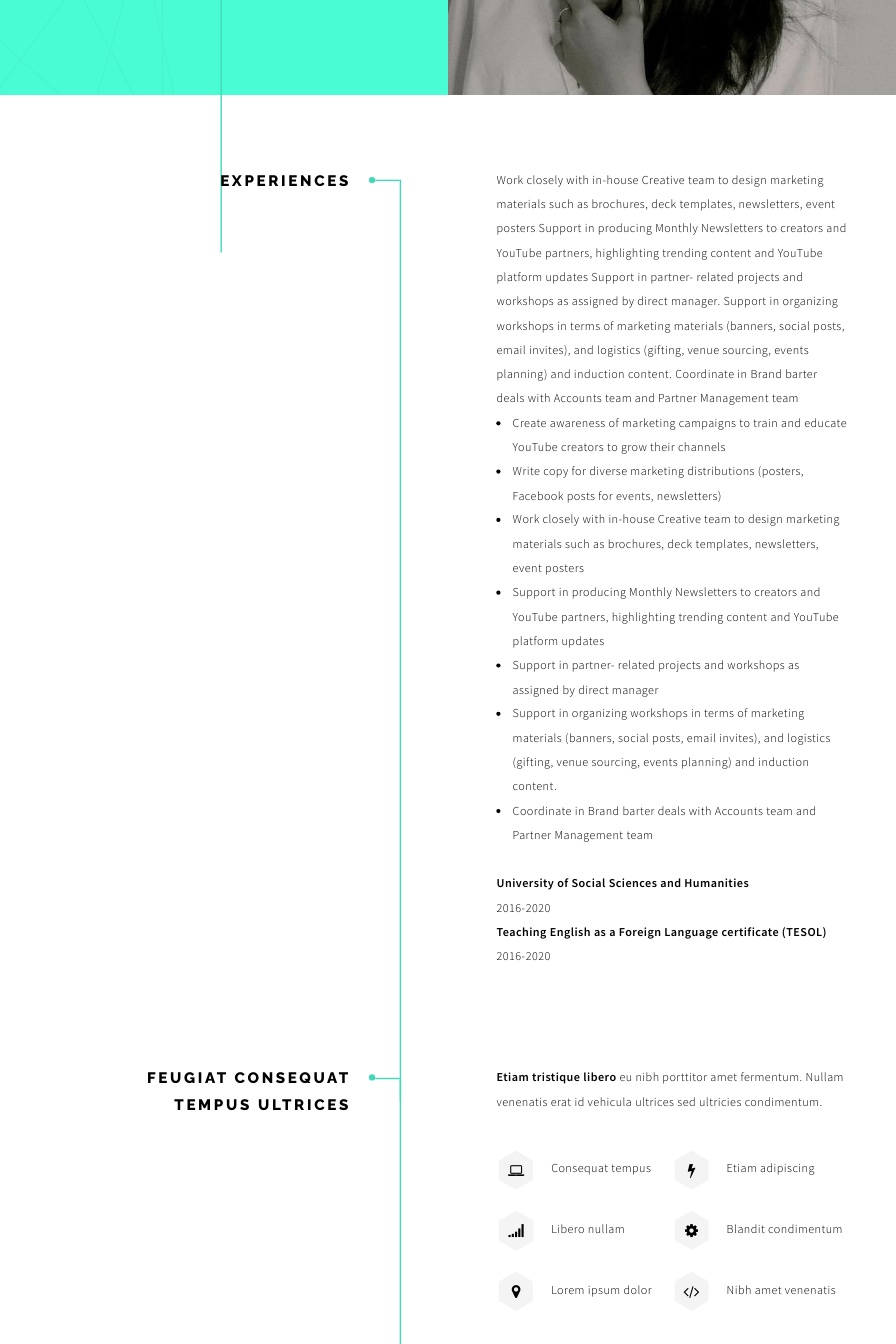
Repository: leonardin999/linh-porfolios
Page: index.html
An editor plug-in stored every save of this project. The page is shown before and after the next save, followed by the edit.
The browser window is 1280 px wide. The pictures show the part of the page from y = 584 to 2504 px (the page is 7046 px tall before and 6700 px after), at 70% of full size.

Above is the page before, as saved 2023-01-22 21:37:59.

### index.html
<!DOCTYPE html>
<!--
	Paradigm Shift by HTML5 UP
	html5up.net | @ajlkn
	Free for personal and commercial use under the CCA 3.0 license (html5up.net/license)
-->
<html>
  <head>
    <title>Linh's Porfolio</title>
    <meta charset="utf-8" />
    <meta
      name="viewport"
      content="width=device-width, initial-scale=1, user-scalable=no"
    />
    <meta name="description" content="" />
    <meta name="keywords" content="" />
    <link rel="stylesheet" href="assets/css/main.css" />
  </head>
  <body class="is-preload">
    <!-- Wrapper -->
    <div id="wrapper">
      <!-- Intro -->
      <section class="intro">
        <header>
          <h1>PARTNERSHIP MARKETING EXECUTIVE</h1>
          <p>
            I believe in "edutainment" which can help everyone absorb knowledge
            easily. I am interested in both education and entertainment and
            combine them in my projects.
          </p>
          <ul class="actions">
            <li>
              <a href="#first" class="arrow scrolly"
                ><span class="label">Next</span></a
              >
            </li>
          </ul>
        </header>
        <div class="content">
          <span class="image fill" data-position="center"
            ><img src="images/pic01.jpg" alt=""
          /></span>
        </div>
      </section>

      <!-- Section -->
      <section id="first">
        <header>
          <h2>Experiences</h2>
        </header>
        <div class="content">
Work closely with in-house Creative team to design marketing materials such as brochures, deck templates, newsletters, event posters
Support in producing Monthly Newsletters to creators and YouTube partners, highlighting trending content and YouTube platform updates
Support in partner- related projects and workshops as assigned by direct manager.
Support in organizing workshops in terms of marketing materials (banners, social posts, email invites), and logistics (gifting, venue sourcing, events planning) and induction content.
Coordinate in Brand barter deals with Accounts team and Partner Management team

            <ul class="">
              <li class="">Create awareness of marketing campaigns to train and educate YouTube creators to grow their channels</li>
              <li class="">Write copy for diverse marketing distributions (posters, Facebook posts for events, newsletters)</li>
              <li class="">Work closely with in-house Creative team to design marketing materials such as brochures, deck templates, newsletters, event posters</li>
              <li class="">Support in producing Monthly Newsletters to creators and YouTube partners, highlighting trending content and YouTube platform updates</li>
              <li class="">Support in partner- related projects and workshops as assigned by direct manager</li>
              <li class="">Support in organizing workshops in terms of marketing materials (banners, social posts, email invites), and logistics (gifting, venue sourcing, events planning) and induction content.</li>
              <li class="">Coordinate in Brand barter deals with Accounts team and Partner Management team</li>
            </ul>
            <strong>University of Social Sciences and Humanities</strong>
            <br>2016-2020</br>
            <strong>Teaching English as a Foreign Language certificate (TESOL)</strong>
            <br>2016-2020</br>
          </p>
        </div>
      </section>

      <!-- Section -->
      <section>
        <header>
          <h2>Feugiat consequat tempus ultrices</h2>
        </header>
        <div class="content">
          <p>
            <strong>Etiam tristique libero</strong> eu nibh porttitor amet
            fermentum. Nullam venenatis erat id vehicula ultrices sed ultricies
            condimentum.
          </p>
          <ul class="feature-icons">
            <li class="icon fa-laptop">Consequat tempus</li>
            <li class="icon fa-bolt">Etiam adipiscing</li>
            <li class="icon fa-signal">Libero nullam</li>
            <li class="icon fa-gear">Blandit condimentum</li>
            <li class="icon fa-map-marker">Lorem ipsum dolor</li>
            <li class="icon fa-code">Nibh amet venenatis</li>
          </ul>
          <p>
            Vehicula ultrices sed ultricies condimentum. Magna sed etiam
            consequat, et lorem adipiscing sed nulla. Volutpat nisl et tempus et
            dolor libero, feugiat magna tempus, sed et lorem adipiscing.
          </p>
        </div>
      </section>

      <!-- Section -->
      <section>
        <header>
          <h2>Ultrices erat magna sed condimentum</h2>
        </header>
        <div class="content">
          <p>
            <strong>Integer mollis egestas</strong> nam maximus erat id euismod
            egestas. Pellentesque sapien ac quam. Lorem ipsum dolor sit nullam.
          </p>

          <!-- Section -->
          <section>
            <header>
              <h3>Erat aliquam</h3>
              <p>
                Vehicula ultrices dolor amet ultricies et condimentum. Magna sed
                etiam consequat, et lorem adipiscing sed dolor sit amet,
                consectetur amet do eiusmod tempor incididunt ipsum suspendisse
                ultrices gravida.
              </p>
            </header>
            <div class="content">
              <div class="gallery">
                <a href="images/gallery/fulls/01.jpg" class="landscape"
                  ><img src="images/gallery/thumbs/01.jpg" alt=""
                /></a>
                <a href="images/gallery/fulls/02.jpg"
                  ><img src="images/gallery/thumbs/02.jpg" alt=""
                /></a>
                <a href="images/gallery/fulls/03.jpg"
                  ><img src="images/gallery/thumbs/03.jpg" alt=""
                /></a>
                <a href="images/gallery/fulls/04.jpg" class="landscape"
                  ><img src="images/gallery/thumbs/04.jpg" alt=""
                /></a>
              </div>
            </div>
          </section>

          <!-- Section -->
          <section>
            <header>
              <h3>Nisl consequat</h3>
              <p>
                Aenean ornare velit lacus, ac varius enim ullamcorper eu. Proin
                aliquam sed facilisis ante interdum congue. Integer mollis, nisl
                amet convallis, porttitor magna ullamcorper, amet mauris. Ut
                magna finibus nisi nec lacinia ipsum maximus.
              </p>
            </header>
            <div class="content">
              <div class="gallery">
                <a href="images/gallery/fulls/05.jpg" class="landscape"
                  ><img src="images/gallery/thumbs/05.jpg" alt=""
                /></a>
                <a href="images/gallery/fulls/06.jpg"
                  ><img src="images/gallery/thumbs/06.jpg" alt=""
                /></a>
                <a href="images/gallery/fulls/07.jpg"
                  ><img src="images/gallery/thumbs/07.jpg" alt=""
                /></a>
              </div>
            </div>
          </section>

          <!-- Section -->
          <section>
            <header>
              <h3>Lorem gravida</h3>
              <p>
                Proin aliquam facilisis ante interdum. Sed nulla amet lorem
                feugiat tempus aenean ornare velit lacus, ac varius sed enim
                lorem ullamcorper dolore. ac varius enim lorem ullamcorper
                dolore. Proin aliquam facilisis.
              </p>
            </header>
            <div class="content">
              <div class="gallery">
                <a href="images/gallery/fulls/08.jpg" class="portrait"
                  ><img src="images/gallery/thumbs/08.jpg" alt=""
                /></a>
                <a href="images/gallery/fulls/09.jpg" class="portrait"
                  ><img src="images/gallery/thumbs/09.jpg" alt=""
                /></a>
                <a href="images/gallery/fulls/10.jpg" class="landscape"
                  ><img src="images/gallery/thumbs/10.jpg" alt=""
                /></a>
              </div>
            </div>
          </section>
        </div>
      </section>

      <!-- Section -->
      <section>
        <header>
          <h2>Duis sed adpiscing veroeros amet</h2>
        </header>
        <div class="content">
          <p>
            <strong>Proin tempus feugiat</strong> sed varius enim lorem
            ullamcorper dolore aliquam aenean ornare velit lacus, ac varius enim
            lorem ullamcorper dolore.
          </p>
          <ul class="actions">
            <li><a href="#" class="button primary large">Get Started</a></li>
            <li><a href="#" class="button large">Learn More</a></li>
          </ul>
        </div>
      </section>

      <!-- Elements -->
      <!--
					<section>
						<header>
							<h2>Elements</h2>
						</header>
						<div class="content">

							<section>
								<header>
									<h3>Text</h3>
								</header>
								<div class="content">
									<p>This is <b>bold</b> and this is <strong>strong</strong>. This is <i>italic</i> and this is <em>emphasized</em>.
									This is <sup>superscript</sup> text and this is <sub>subscript</sub> text.
									This is <u>underlined</u> and this is code: <code>for (;;) { ... }</code>. Finally, <a href="#">this is a link</a>.</p>
									<hr />
									<h2>Heading Level 2</h2>
									<h3>Heading Level 3</h3>
									<h4>Heading Level 4</h4>
									<h5>Heading Level 5</h5>
									<hr />
									<h5>Blockquote</h5>
									<blockquote>Fringilla nisl. Donec accumsan interdum nisi, quis tincidunt felis sagittis eget tempus euismod. Vestibulum ante ipsum primis in faucibus vestibulum. Blandit adipiscing eu felis iaculis volutpat ac adipiscing accumsan faucibus. Vestibulum ante ipsum primis in faucibus lorem ipsum dolor sit amet nullam adipiscing eu felis.</blockquote>
									<h5>Preformatted</h5>
									<pre><code>i = 0;

while (!deck.isInOrder()) {
  print 'Iteration ' + i;
  deck.shuffle();
  i++;
}

print 'Sorted in ' + i + ' iterations.';</code></pre>
								</div>
							</section>

							<section>
								<header>
									<h3>Lists</h3>
								</header>
								<div class="content">

									<h4>Unordered</h4>
									<ul>
										<li>Dolor pulvinar etiam.</li>
										<li>Sagittis adipiscing.</li>
										<li>Felis enim feugiat.</li>
									</ul>

									<h4>Alternate</h4>
									<ul class="alt">
										<li>Dolor pulvinar etiam.</li>
										<li>Sagittis adipiscing.</li>
										<li>Felis enim feugiat.</li>
									</ul>

									<h4>Ordered</h4>
									<ol>
										<li>Dolor pulvinar etiam.</li>
										<li>Etiam vel felis viverra.</li>
										<li>Felis enim feugiat.</li>
										<li>Dolor pulvinar etiam.</li>
										<li>Etiam vel felis lorem.</li>
										<li>Felis enim et feugiat.</li>
									</ol>
									<h4>Icons</h4>
									<ul class="icons">
										<li><a href="#" class="icon fa-twitter"><span class="label">Twitter</span></a></li>
										<li><a href="#" class="icon fa-facebook"><span class="label">Facebook</span></a></li>
										<li><a href="#" class="icon fa-instagram"><span class="label">Instagram</span></a></li>
										<li><a href="#" class="icon fa-github"><span class="label">Github</span></a></li>
									</ul>

									<h4>Actions</h4>
									<ul class="actions">
										<li><a href="#" class="button primary">Default</a></li>
										<li><a href="#" class="button">Default</a></li>
									</ul>
									<ul class="actions stacked">
										<li><a href="#" class="button primary">Default</a></li>
										<li><a href="#" class="button">Default</a></li>
									</ul>
								</div>
							</section>

							<section>
								<header>
									<h3>Table</h3>
								</header>
								<div class="content">
									<h4>Default</h4>
									<div class="table-wrapper">
										<table>
											<thead>
												<tr>
													<th>Name</th>
													<th>Description</th>
													<th>Price</th>
												</tr>
											</thead>
											<tbody>
												<tr>
													<td>Item One</td>
													<td>Ante turpis integer aliquet porttitor.</td>
													<td>29.99</td>
												</tr>
												<tr>
													<td>Item Two</td>
													<td>Vis ac commodo adipiscing arcu aliquet.</td>
													<td>19.99</td>
												</tr>
												<tr>
													<td>Item Three</td>
													<td> Morbi faucibus arcu accumsan lorem.</td>
													<td>29.99</td>
												</tr>
												<tr>
													<td>Item Four</td>
													<td>Vitae integer tempus condimentum.</td>
													<td>19.99</td>
												</tr>
												<tr>
													<td>Item Five</td>
													<td>Ante turpis integer aliquet porttitor.</td>
													<td>29.99</td>
												</tr>
											</tbody>
											<tfoot>
												<tr>
													<td colspan="2"></td>
													<td>100.00</td>
												</tr>
											</tfoot>
										</table>
									</div>

									<h4>Alternate</h4>
									<div class="table-wrapper">
										<table class="alt">
											<thead>
												<tr>
													<th>Name</th>
													<th>Description</th>
													<th>Price</th>
												</tr>
											</thead>
											<tbody>
												<tr>
													<td>Item One</td>
													<td>Ante turpis integer aliquet porttitor.</td>
													<td>29.99</td>
												</tr>
												<tr>
													<td>Item Two</td>
													<td>Vis ac commodo adipiscing arcu aliquet.</td>
													<td>19.99</td>
												</tr>
												<tr>
													<td>Item Three</td>
													<td> Morbi faucibus arcu accumsan lorem.</td>
													<td>29.99</td>
												</tr>
												<tr>
													<td>Item Four</td>
													<td>Vitae integer tempus condimentum.</td>
													<td>19.99</td>
												</tr>
												<tr>
													<td>Item Five</td>
													<td>Ante turpis integer aliquet porttitor.</td>
													<td>29.99</td>
												</tr>
											</tbody>
											<tfoot>
												<tr>
													<td colspan="2"></td>
													<td>100.00</td>
												</tr>
											</tfoot>
										</table>
									</div>
								</div>
							</section>

							<section>
								<header>
									<h3>Buttons</h3>
								</header>
								<div class="content">
									<ul class="actions">
										<li><a href="#" class="button primary">Primary</a></li>
										<li><a href="#" class="button">Default</a></li>
									</ul>
									<ul class="actions">
										<li><a href="#" class="button large">Large</a></li>
										<li><a href="#" class="button">Default</a></li>
										<li><a href="#" class="button small">Small</a></li>
									</ul>
									<ul class="actions">
										<li><a href="#" class="button primary icon fa-download">Icon</a></li>
										<li><a href="#" class="button icon fa-download">Icon</a></li>
									</ul>
									<ul class="actions">
										<li><span class="button primary disabled">Disabled</span></li>
										<li><span class="button disabled">Disabled</span></li>
									</ul>
								</div>
							</section>

							<section>
								<header>
									<h3>Form</h3>
								</header>
								<div class="content">
									<form method="post" action="#">
										<div class="fields">
											<div class="field half">
												<label for="demo-name">Name</label>
												<input type="text" name="demo-name" id="demo-name" value="" placeholder="Jane Doe" />
											</div>
											<div class="field half">
												<label for="demo-email">Email</label>
												<input type="email" name="demo-email" id="demo-email" value="" placeholder="jane@untitled.tld" />
											</div>
											<div class="field">
												<label for="demo-category">Category</label>
												<select name="demo-category" id="demo-category">
													<option value="">-</option>
													<option value="1">Manufacturing</option>
													<option value="1">Shipping</option>
													<option value="1">Administration</option>
													<option value="1">Human Resources</option>
												</select>
											</div>
											<div class="field half">
												<input type="radio" id="demo-priority-low" name="demo-priority" checked>
												<label for="demo-priority-low">Low</label>
											</div>
											<div class="field half">
												<input type="radio" id="demo-priority-high" name="demo-priority">
												<label for="demo-priority-high">High</label>
											</div>
											<div class="field half">
												<input type="checkbox" id="demo-copy" name="demo-copy">
												<label for="demo-copy">Email me a copy</label>
											</div>
											<div class="field half">
												<input type="checkbox" id="demo-human" name="demo-human" checked>
												<label for="demo-human">Not a robot</label>
											</div>
											<div class="field">
												<label for="demo-message">Message</label>
												<textarea name="demo-message" id="demo-message" placeholder="Enter your message" rows="6"></textarea>
											</div>
										</div>
										<ul class="actions">
											<li><input type="submit" value="Send Message" class="primary" /></li>
											<li><input type="reset" value="Reset" /></li>
										</ul>
									</form>
								</div>
							</section>

						</div>
					</section>
				-->

      <!-- Section -->
      <section>
        <header>
          <h2>Get in touch</h2>
        </header>
        <div class="content">
          <p>
            <strong>Auctor commodo</strong> interdum et malesuada fames ac ante
            ipsum primis in faucibus. Pellentesque venenatis dolor imperdiet
            dolor mattis sagittis.
          </p>
          <form>
            <div class="fields">
              <div class="field half">
                <input type="text" name="name" id="name" placeholder="Name" />
              </div>
              <div class="field half">
                <input
                  type="email"
                  name="email"
                  id="email"
                  placeholder="Email"
                />
              </div>
              <div class="field">
                <textarea
                  name="message"
                  id="message"
                  placeholder="Message"
                  rows="7"
                ></textarea>
              </div>
            </div>
            <ul class="actions">
              <li>
                <input
                  type="submit"
                  value="Send Message"
                  class="button primary"
                />
              </li>
            </ul>
          </form>
        </div>
        <footer>
          <ul class="items">
            <li>
              <h3>Email</h3>
              <a href="#">information@untitled.ext</a>
            </li>
            <li>
              <h3>Phone</h3>
              <a href="#">(000) 000-0000</a>
            </li>
            <li>
              <h3>Address</h3>
              <span>1234 Somewhere Road, Nashville, TN 00000</span>
            </li>
            <li>
              <h3>Elsewhere</h3>
              <ul class="icons">
                <li>
                  <a href="#" class="icon fa-twitter"
                    ><span class="label">Twitter</span></a
                  >
                </li>
                <li>
                  <a href="#" class="icon fa-facebook"
                    ><span class="label">Facebook</span></a
                  >
                </li>
                <li>
                  <a href="#" class="icon fa-instagram"
                    ><span class="label">Instagram</span></a
                  >
                </li>
                <li>
                  <a href="#" class="icon fa-linkedin"
                    ><span class="label">LinkedIn</span></a
                  >
                </li>
                <li>
                  <a href="#" class="icon fa-github"
                    ><span class="label">GitHub</span></a
                  >
                </li>
                <li>
                  <a href="#" class="icon fa-codepen"
                    ><span class="label">Codepen</span></a
                  >
                </li>
              </ul>
            </li>
          </ul>
        </footer>
      </section>

      <!-- Copyright -->
      <div class="copyright">
        &copy; Untitled. All rights reserved. Design:
        <a href="https://html5up.net">HTML5 UP</a>. Distributed by
        <a href="https://themewagon.com/">ThemeWagon</a>
      </div>
    </div>

    <!-- Scripts -->
    <script src="assets/js/jquery.min.js"></script>
    <script src="assets/js/jquery.scrolly.min.js"></script>
    <script src="assets/js/browser.min.js"></script>
    <script src="assets/js/breakpoints.min.js"></script>
    <script src="assets/js/util.js"></script>
    <script src="assets/js/main.js"></script>
  </body>
</html>

Loaded but not shown: assets/css/font-awesome.min.css (library); assets/js/jquery.min.js (library); assets/js/jquery.scrolly.min.js (common file); assets/js/browser.min.js (common file); assets/js/breakpoints.min.js (common file); assets/js/util.js (587 lines, source omitted); assets/js/main.js (208 lines, source omitted); assets/css/main.css (3922 lines, source omitted)

After the next save:
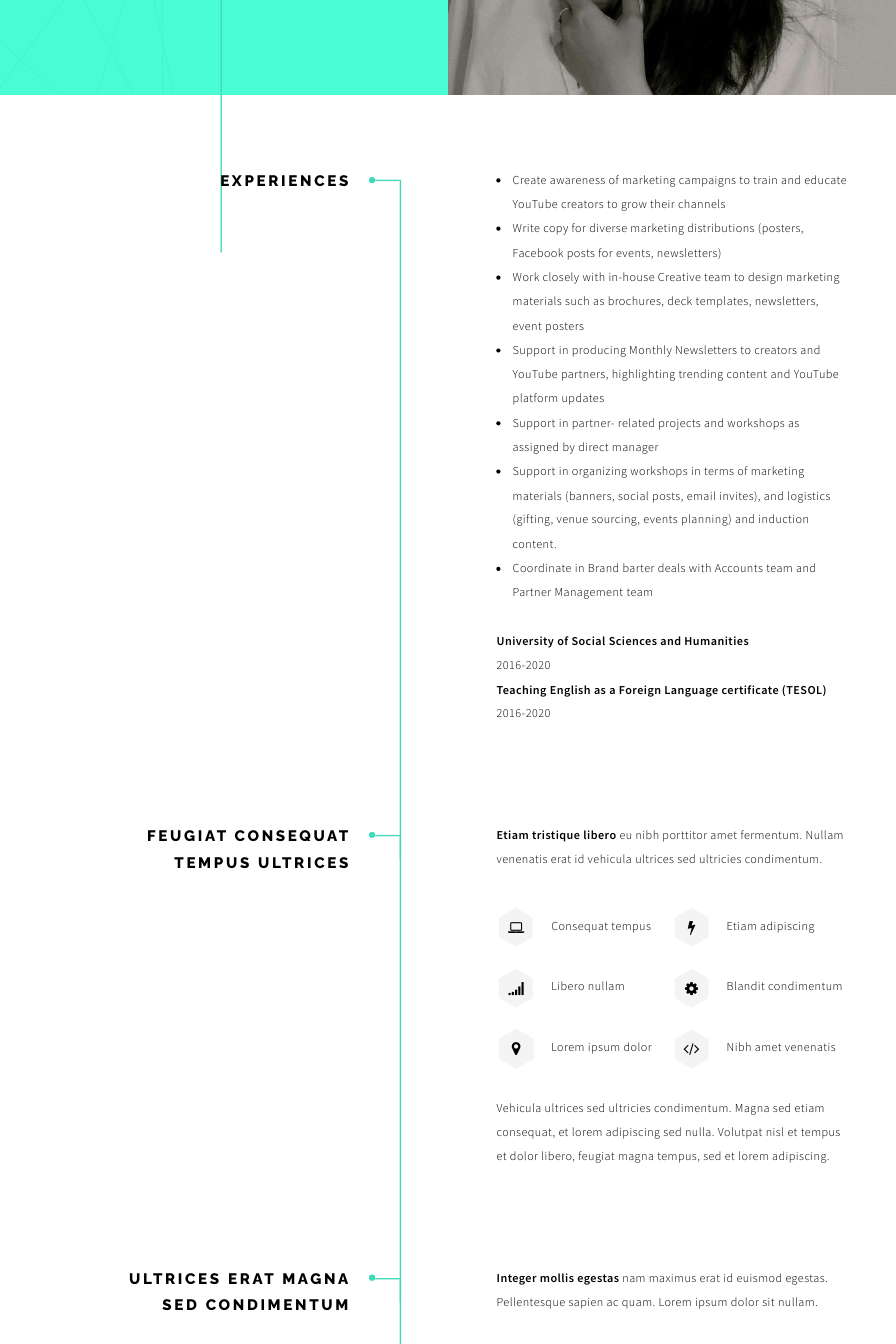
Saved 13 s later.
--- a/index.html
+++ b/index.html
@@ -49,12 +49,6 @@
           <h2>Experiences</h2>
         </header>
         <div class="content">
-Work closely with in-house Creative team to design marketing materials such as brochures, deck templates, newsletters, event posters
-Support in producing Monthly Newsletters to creators and YouTube partners, highlighting trending content and YouTube platform updates
-Support in partner- related projects and workshops as assigned by direct manager.
-Support in organizing workshops in terms of marketing materials (banners, social posts, email invites), and logistics (gifting, venue sourcing, events planning) and induction content.
-Coordinate in Brand barter deals with Accounts team and Partner Management team
-
             <ul class="">
               <li class="">Create awareness of marketing campaigns to train and educate YouTube creators to grow their channels</li>
               <li class="">Write copy for diverse marketing distributions (posters, Facebook posts for events, newsletters)</li>
